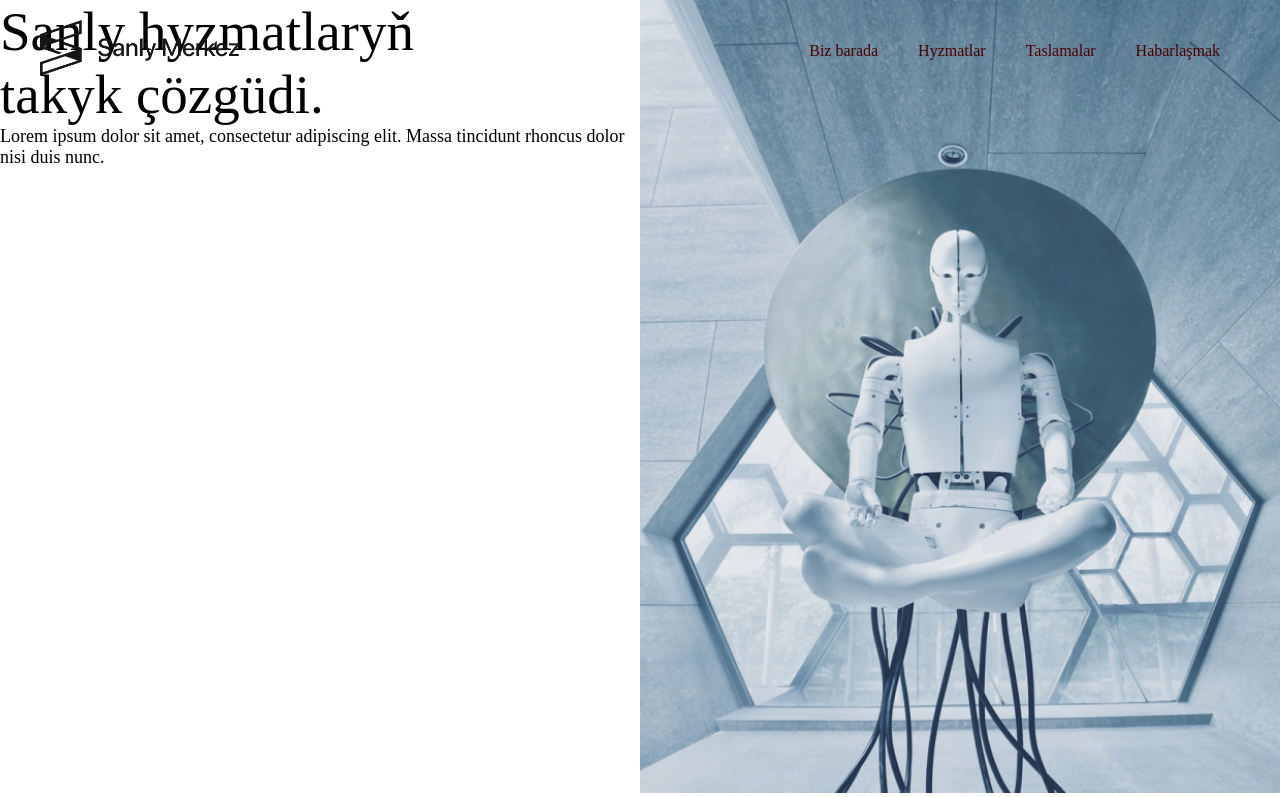
Repository: Meylis7/Sanly-Merkez-Web
Page: main.html
An editor plug-in stored every save of this project. The page is shown before and after the next save, followed by the edit.
The browser window is 1280 px wide. The pictures show the whole page.

Above is the page before, as saved 2022-04-25 18:30:00.

### main.html
<!DOCTYPE html>
<html lang="en" dir="ltr">
  <head>
    <meta charset="utf-8">
    <meta name="viewport" content="width=device-width, initial-scale=1.0">
    <title>Sanly merkez</title>
    <link rel="stylesheet" href="./css/main.css">
  </head>
  <body>
    <div class="main-container">
      <div class="header-container">
        <header>
          <a href="#" class="brand"><img src="/assets/logo.png" alt=""></a>
          <div class="menu">
            <div class="btn">
                <svg class="close-btn" xmlns="http://www.w3.org/2000/svg" aria-hidden="true" role="img" width="1em" height="1em" preserveAspectRatio="xMidYMid meet" viewBox="0 0 20 20"><path fill="currentColor" fill-rule="evenodd" d="M4.293 4.293a1 1 0 0 1 1.414 0L10 8.586l4.293-4.293a1 1 0 1 1 1.414 1.414L11.414 10l4.293 4.293a1 1 0 0 1-1.414 1.414L10 11.414l-4.293 4.293a1 1 0 0 1-1.414-1.414L8.586 10L4.293 5.707a1 1 0 0 1 0-1.414Z" clip-rule="evenodd"/></svg>
            </div>
            <a href="#">Biz barada</a>
            <a href="#">Hyzmatlar</a>
            <a href="#">Taslamalar</a>
            <a href="#">Habarlaşmak</a>
          </div>
          <div class="btn">
            <svg class="menu-btn" xmlns="http://www.w3.org/2000/svg" aria-hidden="true" role="img" width="1em" height="1em" preserveAspectRatio="xMidYMid meet" viewBox="0 0 20 20"><path fill="currentColor" fill-rule="evenodd" d="M3 5a1 1 0 0 1 1-1h12a1 1 0 1 1 0 2H4a1 1 0 0 1-1-1Zm0 5a1 1 0 0 1 1-1h12a1 1 0 1 1 0 2H4a1 1 0 0 1-1-1Zm6 5a1 1 0 0 1 1-1h6a1 1 0 1 1 0 2h-6a1 1 0 0 1-1-1Z" clip-rule="evenodd"/></svg>
          </div>
        </header>
      </div>

      <div class="home-section">
        <div class="home-container">
          <div class="home-left-content">
            <div class="home-slogan">
              <p class="slogan">Sanly hyzmatlaryň <br>
                takyk çözgüdi.</p>
                <p class="slogan-text">Lorem ipsum dolor sit amet, consectetur adipiscing elit. Massa tincidunt rhoncus dolor nisi duis nunc.</p>
            </div>
          </div>
          <div class="home-right-content">
            <img src="./assets/mainphoto.png" alt="">
          </div>
        </div>
      </div>

    </div>



    <script type="text/javascript">
    //javascript for navigation bar effect on scroll
    window.addEventListener("scroll", function(){
      var header = document.querySelector("header");
      header.classList.toggle('sticky', window.scrollY > 0);
    });

    //javascript for responsive navigation sidebar menu
    var menu = document.querySelector('.menu');
    var menuBtn = document.querySelector('.menu-btn');
    var closeBtn = document.querySelector('.close-btn');

    menuBtn.addEventListener("click", () => {
      menu.classList.add('active');
    });

    closeBtn.addEventListener("click", () => {
      menu.classList.remove('active');
    });
    </script>

  </body>
</html>

### css/main.css

*{
  margin: 0;
  padding: 0;
  box-sizing: border-box;
}

body{
  min-height: 100vh;
}
header{
  z-index: 999;
  position: fixed;
  top: 0;
  left: 0;
  width: 100%;
  display: flex;
  justify-content: space-between;
  align-items: center;
  padding: 20px 40px;
  transition: 0.6s;
  transform: translate(calc(50vw - 50%));
}

header.sticky{
  background: #ffffff;
  padding: 15px 100px;
}

header .brand{
  color: #fff;
  font-size: 30px;
  font-weight: 700;
  text-transform: uppercase;
  text-decoration: none;
  letter-spacing: 2px;
}

header .menu{
  position: relative;
  display: flex;
  justify-content: center;
  align-items: center;
}

header .menu a{
  color: rgb(76, 0, 0);
  font-size: 16px;
  font-weight: 500;
  text-decoration: none;
  margin: 0 10px;
  padding: 0 10px;
  border-radius: 20px;
  transition: 0.3s;
  transition-property: color, background;
}

header .menu a:hover{
  color: #000;
  background: #fff;
}

header .btn{
  color: rgb(94, 0, 0);
  font-size: 25px;
  cursor: pointer;
  display: none;
}
/* .main-container{
    max-width: 1240px;
    height: 100%;
    margin: 0 auto;
} */
.brand{
  width: 200px;
}
.brand img{
  width: 100%;
}
.home-container{
  display: flex;
  width: 100%;
}
.home-left-content,.home-right-content{
  flex: 1;
}
.home-right-content img{
  width: 100%;
}
.slogan{
  font-size: 55px;
}
.slogan-text{
  font-size: 18px;
}

@media (max-width: 1060px){
  header .btn{
    display: block;
  }

  header .menu{
    position: fixed;
    background: #ffffff;
    flex-direction: column;
    min-width: 400px;
    height: 100vh;
    top: 0;
    right: -100%;
    padding: 80px 50px;
    transition: 0.5s;
    transition-property: right;
  }

  header .menu.active{
    right: 0;
  }

  header .menu .close-btn{
    position: absolute;
    top: 0;
    left: 0;
    margin: 25px;
  }

  header .menu a{
    display: block;
    font-size: 20px;
    margin: 20px;
    padding: 0 15px;
  }
}

After the next save:
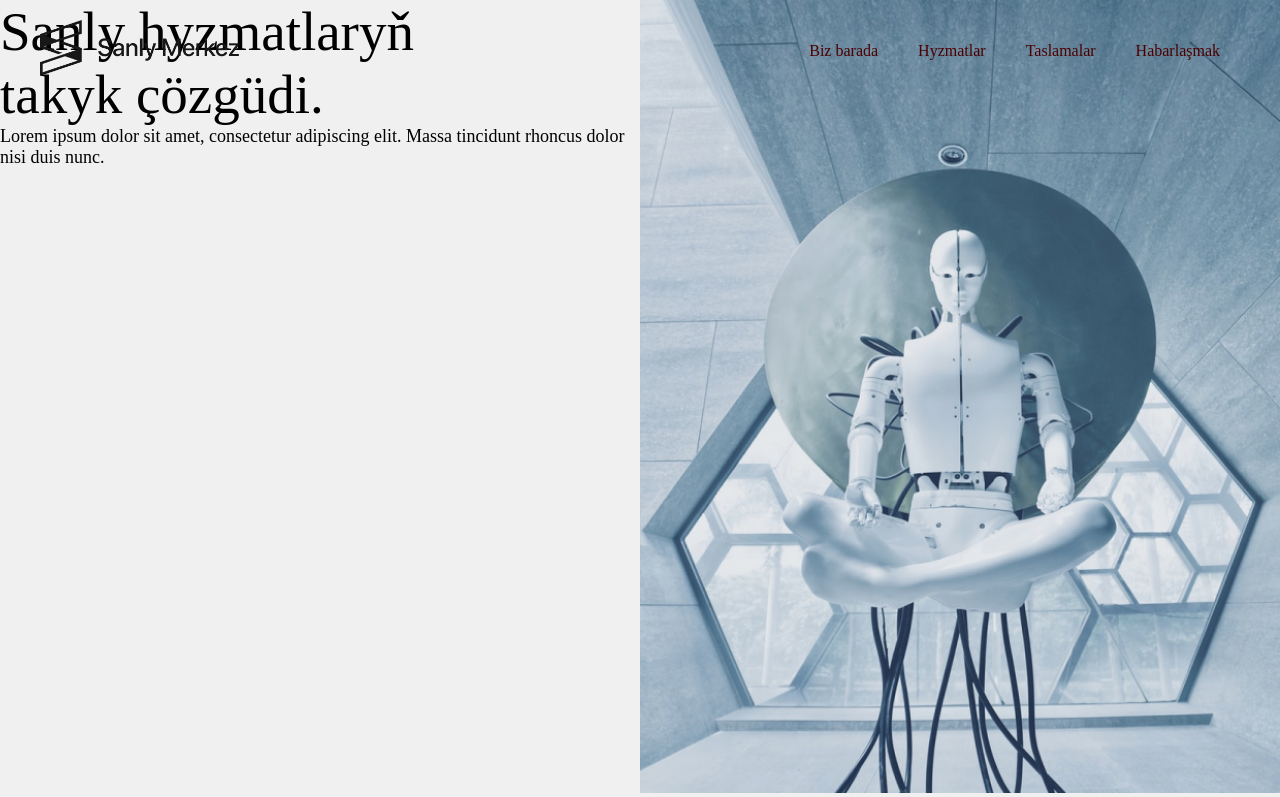
Saved 73 s later.
--- a/css/main.css
+++ b/css/main.css
@@ -7,6 +7,7 @@
 
 body{
   min-height: 100vh;
+  background: #F0F0F0;
 }
 header{
   z-index: 999;
